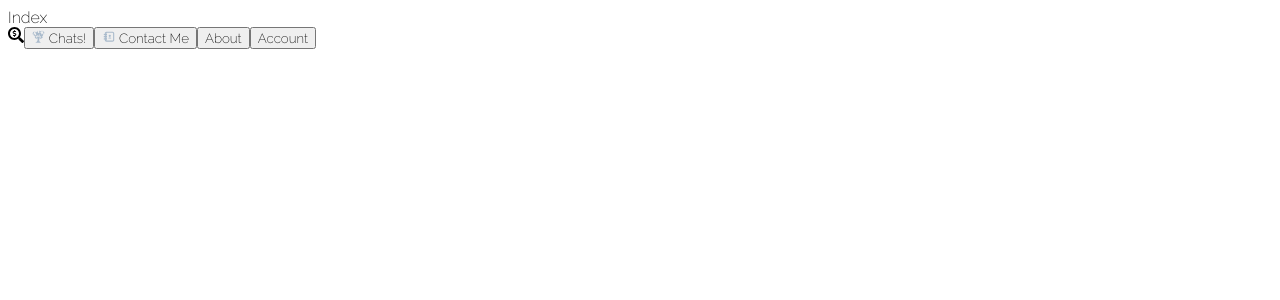
Repository: semileeBCIT/MDIA2109Tut4
Page: /
The author's editor kept a copy of each file at every save. The page is drawn from the files as they stood at one save, then again after the next save.
The browser window is 1280 px wide. The pictures show the whole page.
The project was rebuilt for these pictures with package versions that can differ from the ones it lists, and the page was loaded fresh each time. The framework's server and built-in components were replaced by stand-ins that run in the browser. Also part of the build but not shown: next.config.js.

Above is the page before, as saved 2020-04-15 22:36:45.

After the next save:
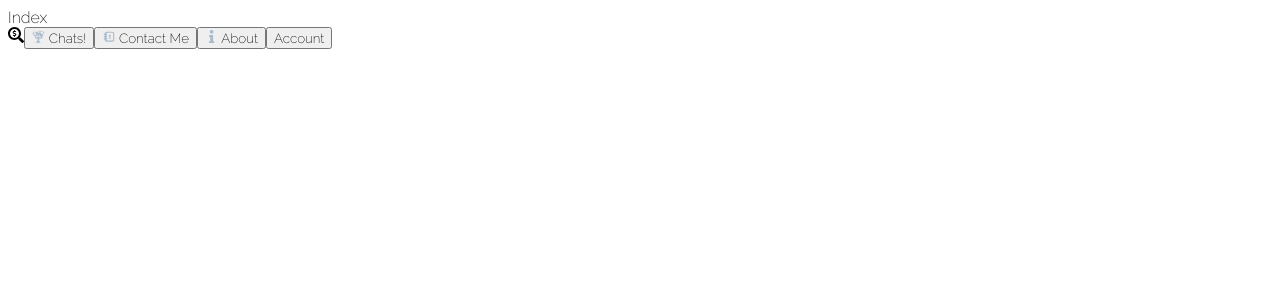
Saved 93 s later.
--- a/pages/index.js
+++ b/pages/index.js
@@ -3,6 +3,7 @@ import Router from 'next/router';
 import {FaSearchDollar} from 'react-icons/fa';
 import {GiBurningTree} from 'react-icons/gi';
 import {TiContacts} from 'react-icons/ti';
+import {FaInfo} from 'react-icons/fa';
 import './index.css';
 
 function ClickIndex(){
@@ -18,7 +19,7 @@ const Index = () => <div id="mainapp">
     <FaSearchDollar />
     <Link href="/ChatPage"><button><GiBurningTree color="#ABC"/> Chats!</button></Link>
     <Link href="/Contact"><button><TiContacts color="#ABC"/> Contact Me</button></Link>
-    <Link href="/About"><button>About</button></Link>
+    <Link href="/About"><button><FaInfo color="#ABC"/> About</button></Link>
     <Link href="/Account"><button>Account</button></Link>
 </div>
 
